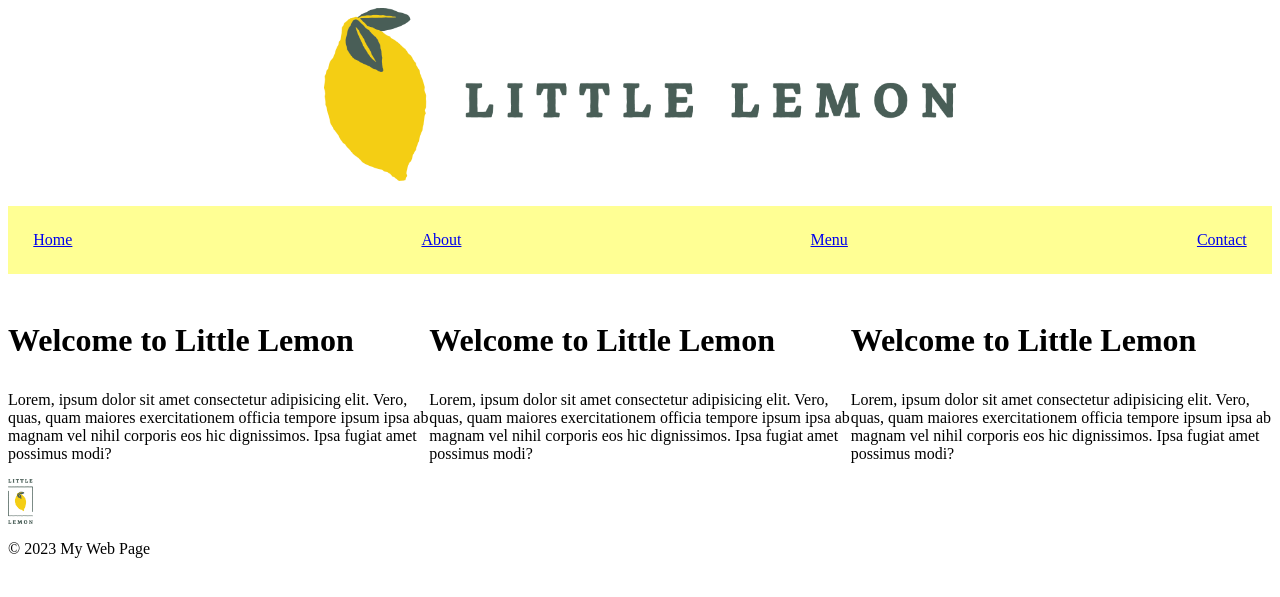
Repository: Yeshwanth-189/meta-html-css
Page: index.html
These files come from the project's save history. The page is drawn as it stood at one moment and after the next save; the edit follows.
The browser window is 1280 px wide. The pictures show the whole page.

Above is the page before, as saved 2025-04-21 15:28:31.

After the next save:
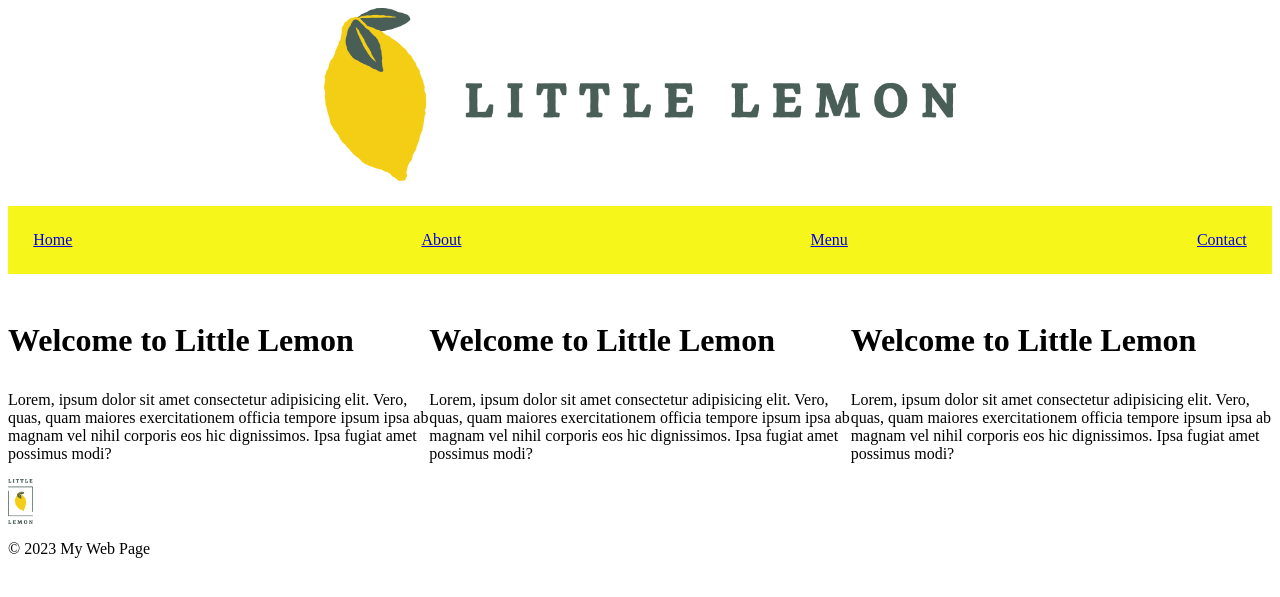
Saved 12 s later.
--- a/styles.css
+++ b/styles.css
@@ -24,7 +24,7 @@
   list-style-type: none;
   text-align: center;
   padding: 2%;
-  background-color: rgb(255, 255, 148);
+  background-color: rgb(246, 246, 27);
   display: flex;
   justify-content: space-between;
 }
